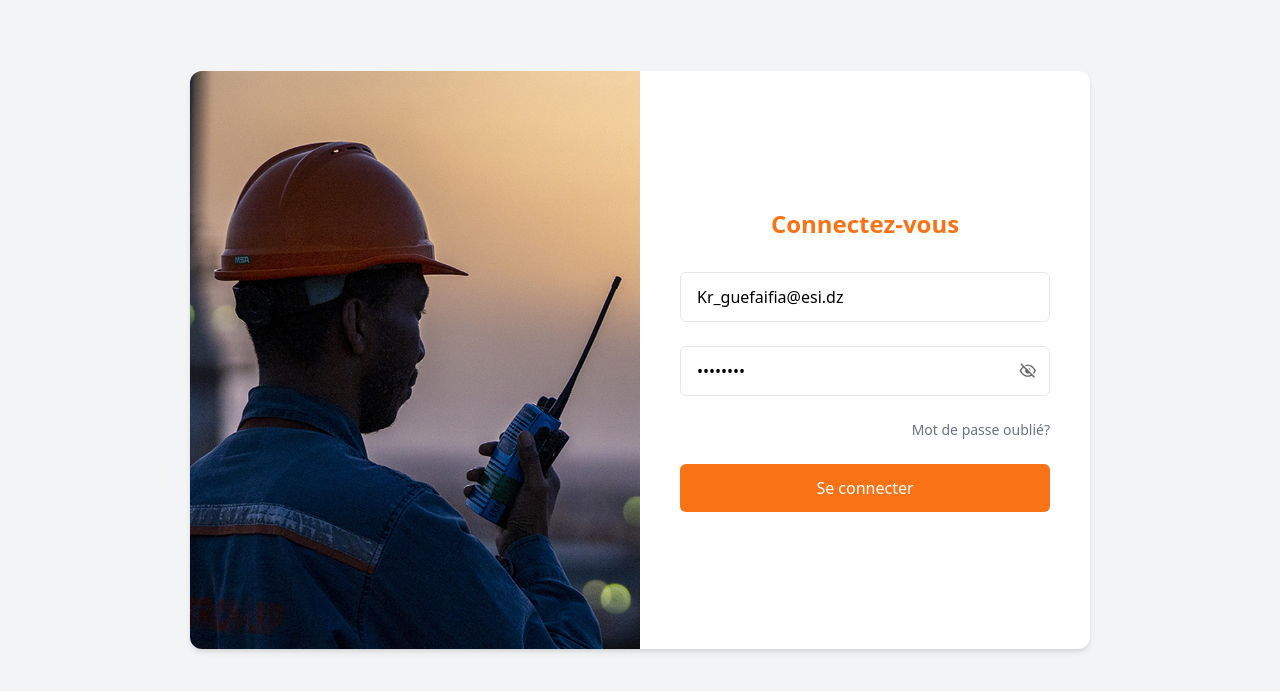
Repository: 123455675848484848484884848484/Projet_2cs
Page: / (app in front/)
These files come from the project's save history. The page is drawn as it stood at one moment and after the next save; the edit follows.
The browser window is 1280 px wide. The pictures show the whole page.
The project was rebuilt for these pictures with package versions that can differ from the ones it lists, and the page was loaded fresh each time. Also part of the build but not shown: front/src/App.css.

Above is the page before, as saved 2025-04-17 21:08:24.

### front/src/App.js

import './App.css';
// App.jsx
import React from "react";
import Login from "./Login"; // Assure-toi que le chemin est correct

function App() {
  return <Login />;
}

export default App;

### front/src/Login.jsx
import React, { useState } from "react";

const Login = () => {
  const [showPassword, setShowPassword] = useState(false);
  const [email, setEmail] = useState("Kr_guefaifia@esi.dz");
  const [error, setError] = useState("");

  const handleSubmit = (e) => {
    e.preventDefault();
    if (!email.includes("@")) {
      setError("L'adresse email doit contenir un '@'");
      return;
    }
    setError("");
    alert("Connexion réussie !");
  };

  return (
    <div className="min-h-screen flex items-center justify-center bg-gray-100">
      <div className="bg-white rounded-xl overflow-hidden shadow-md flex w-[900px]">
        {/* Image gauche */}
        <div className="w-1/2">
          <img
            src="/login.png"
            alt="worker"
            className="h-full w-full object-cover"
            id="login-image"
          />
        </div>

        {/* Formulaire */}
        <div className="w-1/2 flex flex-col justify-center px-10 py-12">
          <h2
            className="text-2xl font-bold text-orange-500 mb-8 text-center"
            id="login-title"
          >
            Connectez-vous
          </h2>

          <form className="space-y-6" onSubmit={handleSubmit} id="login-form">
            {/* Email */}
            <div>
              <label htmlFor="email-input" className="sr-only">Email</label>
              <input
                id="email-input"
                type="email"
                placeholder="Email"
                value={email}
                onChange={(e) => setEmail(e.target.value)}
                className="w-full px-4 py-3 border rounded-md focus:outline-none focus:ring-2 focus:ring-orange-400"
              />
              {error && (
                <p className="text-red-500 text-sm mt-1" id="email-error">
                  {error}
                </p>
              )}
            </div>

            {/* Mot de passe */}
            <div className="relative">
              <label htmlFor="password-input" className="sr-only">Mot de passe</label>
              <input
                id="password-input"
                type={showPassword ? "text" : "password"}
                placeholder="Mot de passe"
                defaultValue="password"
                className="w-full px-4 py-3 border rounded-md focus:outline-none focus:ring-2 focus:ring-orange-400"
              />
              <span
                id="toggle-password-visibility"
                onClick={() => setShowPassword(!showPassword)}
                className="absolute inset-y-0 right-3 flex items-center cursor-pointer"
              >
                {showPassword ? (
                  <span className="text-gray-500 text-lg">👁️</span>
                ) : (
                  <img
                    src="/icon.png"
                    alt="hidden"
                    className="w-5 h-5"
                    id="hidden-icon"
                  />
                )}
              </span>
            </div>

            {/* Lien oublié */}
            <div className="text-right text-sm text-gray-500">
              <a href="#" className="hover:underline" id="forgot-password-link">
                Mot de passe oublié?
              </a>
            </div>

            {/* Bouton */}
            <button
              id="submit-login-button"
              type="submit"
              className="w-full bg-orange-500 hover:bg-orange-600 text-white font-medium py-3 rounded-md transition"
            >
              Se connecter
            </button>
          </form>
        </div>
      </div>
    </div>
  );
};

export default Login;

Loaded but not shown: front/public/index.html (common file); front/src/index.js (common file); front/src/index.css (common file); front/src/reportWebVitals.js (common file); front/tailwind.config.js (common file)

After the next save:
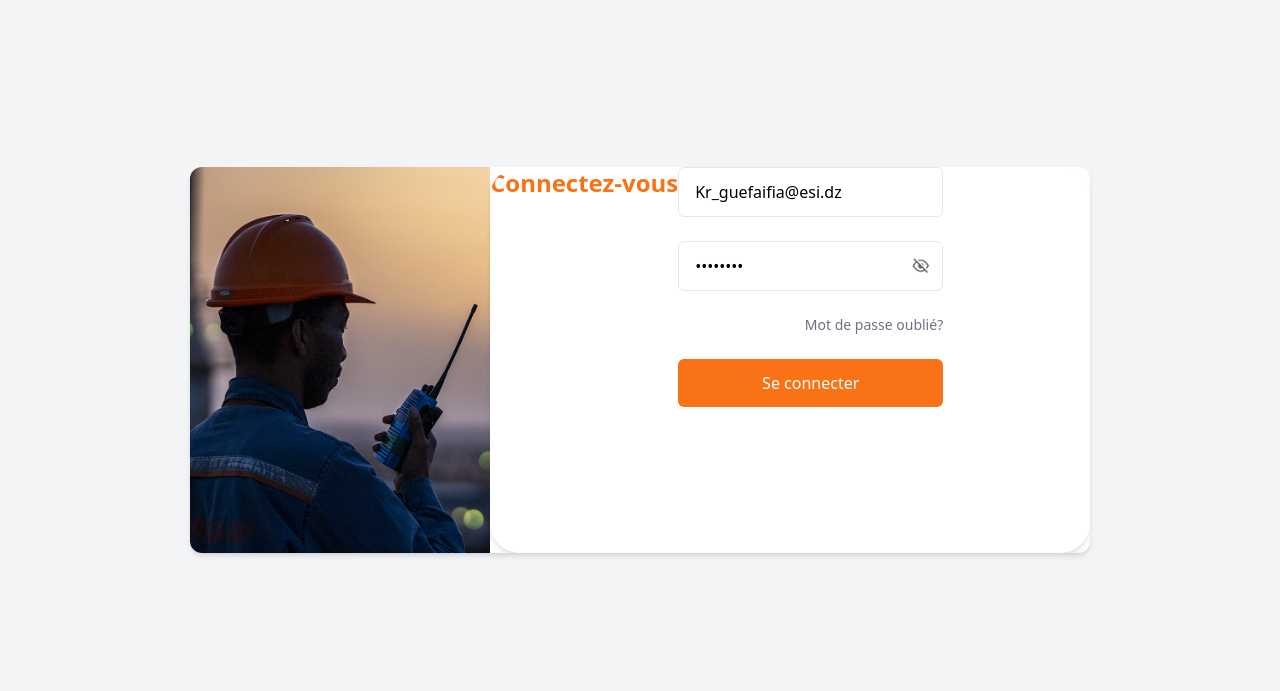
Saved 17 s later.
--- a/front/src/Login.jsx
+++ b/front/src/Login.jsx
@@ -29,8 +29,7 @@
         </div>
 
         {/* Formulaire */}
-        <div className="w-1/2 flex flex-col justify-center px-10 py-12">
-          <h2
+        <div className="bg-white overflow-hidden shadow-md flex w-[900px] rounded-[30px]">          <h2
             className="text-2xl font-bold text-orange-500 mb-8 text-center"
             id="login-title"
           >

After the save that followed:
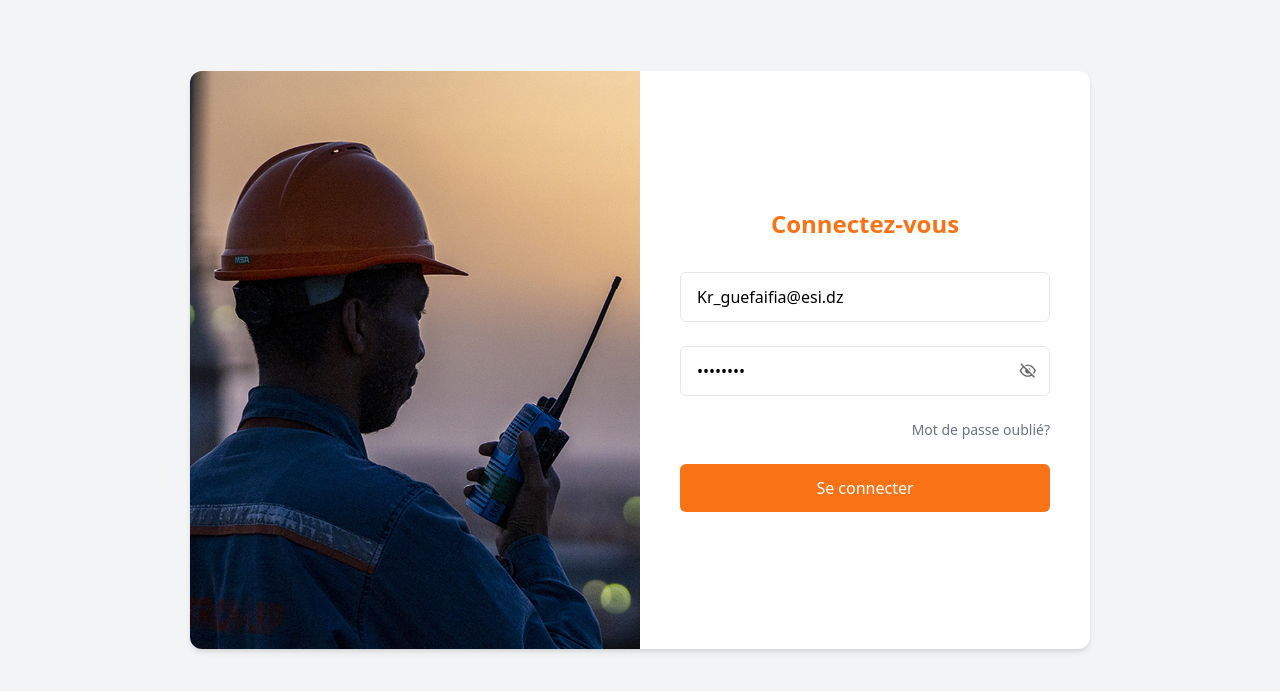
Saved 12 s later.
--- a/front/src/Login.jsx
+++ b/front/src/Login.jsx
@@ -29,7 +29,8 @@
         </div>
 
         {/* Formulaire */}
-        <div className="bg-white overflow-hidden shadow-md flex w-[900px] rounded-[30px]">          <h2
+        <div className="w-1/2 flex flex-col justify-center px-10 py-12">
+          <h2
             className="text-2xl font-bold text-orange-500 mb-8 text-center"
             id="login-title"
           >
